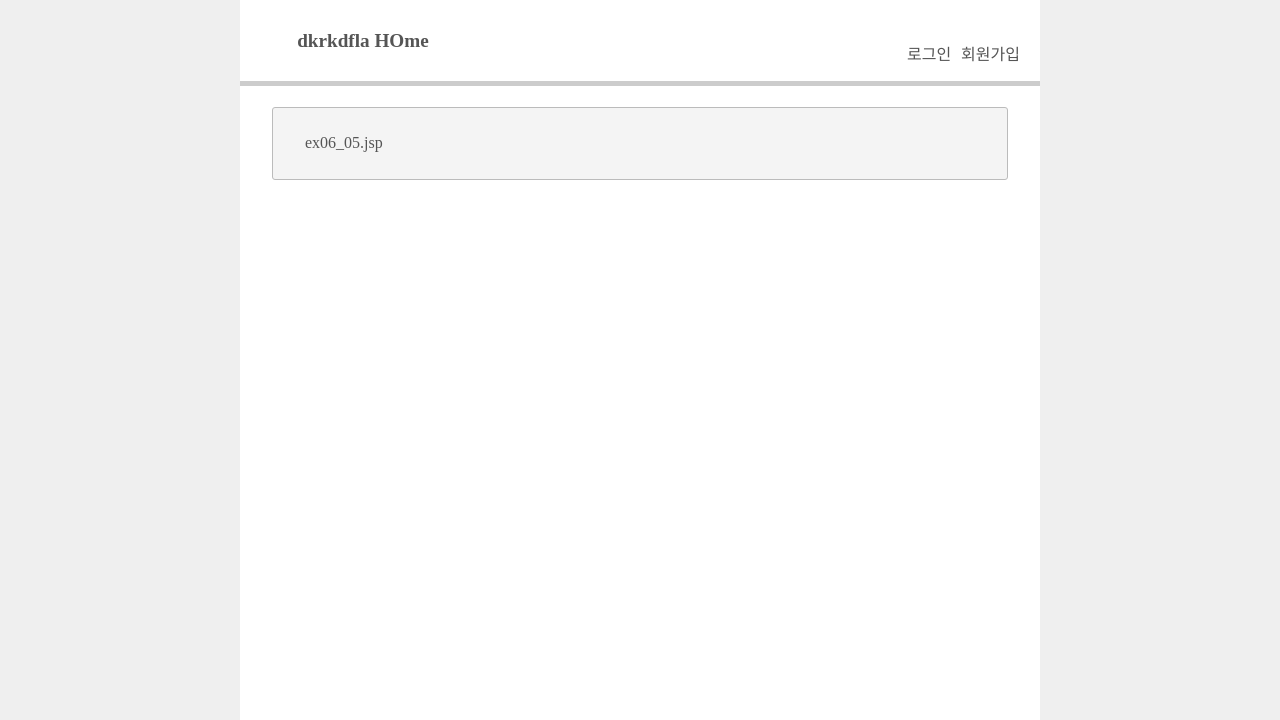
Repository: Dusajang/JSPClass
Page: http://localhost/jspPro/days06/ex06_05.jsp
The author's editor kept a copy of each file at every save. The page is drawn from the files as they stood at one save, then again after the next save.
The browser window is 1280 px wide. The pictures show the whole page.
Some web fonts or font styles are not loaded; a fallback is used. The page is served by Tomcat 9. Other server files are loaded and not shown.

Above is the page before, as saved 2024-10-22 08:16:35.

### jspPro/src/main/webapp/days06/ex06_05.jsp
<%@ page contentType="text/html; charset=UTF-8" pageEncoding="UTF-8"%>
<%@ taglib prefix="c" uri="http://java.sun.com/jsp/jstl/core" %>
<!DOCTYPE html>
<html>
<head>
<meta charset="UTF-8">
<title>Insert title here</title>
<link rel="shortcut icon" type="image/x-icon" href="http://localhost/jspPro/images/SiSt.ico">
<script src="https://ajax.googleapis.com/ajax/libs/jquery/3.7.1/jquery.min.js"></script>
<meta name="viewport" content="width=device-width, initial-scale=1.0">
<meta name="google" content="notranslate">
<link rel="stylesheet" href="http://localhost/jspPro/resources/cdn-main/example.css">
<script src="http://localhost/jspPro/resources/cdn-main/example.js"></script>
<style>
 span.material-symbols-outlined{
    vertical-align: text-bottom;
 }
</style>
</head>
<body>
<header>
  <h1 class="main"><a href="#" style="position: absolute;top:30px;">dkrkdfla HOme</a></h1>
  <ul>
    <li><a href="#">로그인</a></li>
    <li><a href="#">회원가입</a></li>
  </ul>
</header>
<div>
  <xmp class="code">
    ex06_05.jsp
  </xmp>
</div>
</body>
</html>

### jspPro/src/main/webapp/resources/cdn-main/example.css
@charset "UTF-8";

@import url('https://fonts.googleapis.com/css2?family=Material+Symbols+Outlined:opsz,wght,FILL,GRAD@20..48,100..700,0..1,-50..200');

@font-face {
    font-family: 'GmarketSansMedium';
    src: url('https://cdn.jsdelivr.net/gh/projectnoonnu/noonfonts_2001@1.1/GmarketSansMedium.woff') format('woff');
    font-weight: normal;
    font-style: normal;
}

:root {
	--text-color: #555;
	--sub-text-color: #777;
	--back-color: #EFEFEF;
	--header-color: #444;
	--primary-color: #DEDEDE;
	--secondary-color: #EFEFEF;
	--default-width: 800px;
	--narrow-width: 500px;
	--wide-width: 1200px;
	--text-font: 'GmarketSansMedium';
	--icon-font: 'Material Symbols Outlined';
	--border-color: #CCC;
}

html, body {
	margin: 0;
	padding: 0;
}

html {
	background-color: var(--back-color);
	display: flex;
	justify-content: center;
	min-height: 100vh;
}

body, body.default {
	width: var(--default-width);
	background-color: white;
	padding-bottom: 120px;
}

body.wide {
	width: var(--wide-width);
}

body.narrow {
	width: var(--narrow-width);
}



body, p, div, span, a, input, select, option, textarea, button, table, th, td, label, fieldset, legend {
	font-family: var(--text-font);
	color: var(--text-color);
}

h1, h2, h3 {
	font-family: var(--text-font);
	color: var(--header-color);
	padding: 0 1rem;
	padding-top: .5rem;
}

div > h1, div > h2, div > h3 {
	padding: 0;
}

body > div, body > main > div {
	padding: 0.3rem 1rem;
}


h1 { font-size: 2rem; border-bottom: 1px solid var(--border-color); }
h1 small { font-size: 1.2rem; color: var(--sub-text-color); }
h2 { font-size: 1.5rem; border-bottom: 1px dashed var(--border-color); }
h2 small { font-size: 1.1rem; color: --sub-text-color; }
h3 { font-size: 1.2rem; }
h3 small { font-size: 1rem; color: --sub-text-color; }



h1.main::before {
	font-family: var(--icon-font);
  	content: '\e666';
  	margin-right: 10px;
  	float: left;
	font-size: 2.5rem;
}

h1.sub::before {
	font-family: var(--icon-font);
  	content: '\ea19';
  	margin-right: 10px;
  	float: left;
	font-size: 2.5rem;
}


h1.page::before {
	font-family: var(--icon-font);
  	content: '\e0e0';
  	margin-right: 10px;
  	float: left;
	font-size: 2.5rem;
}

body > header > ul > li > .active{
	background-color: #FFF;
	color:#F00;
}

body > header {
	display: flex;
	justify-content: space-between;
	border-bottom: 5px solid var(--border-color);
	min-height: 74px;
	background-color: #FFF;
}

body > header.sticky {
	position: sticky;
	top: 0;
	z-index: 98;
}

body > header > h1 {
	font-size: 1.2rem;
	border: 0;
}

body > header.in > h1::before {
	font-family: var(--icon-font);
  	content: '\e332‥';
  	margin-right: 3px;
  	float: left;
	font-size: 2rem;
}


body > header > ul {
	list-style-type: none;
	display: flex;
	align-items: flex-end;
	margin-right: 10px;
}

body > header > ul > li {
	margin-right: 10px;
	cursor: pointer;
}

body > header > ul > li > a {
	cursor: pointer;
}


form {
	display: block;
}

form > div {
	padding: 0.3rem 1rem;
}

div > form > div {
	padding: 0.3rem 0;
}

input, textarea, button, select {
	border: 1px solid #BBB;
	border-radius: 3px;
	outline: none;
	resize: none;
	padding: 7px;
	margin: 0;
}

input[type=text]:read-only, textarea:read-only {
	cursor: not-allowed;
	background-color: #FFF;
}

input[type=text]:disabled, textarea:disabled {
	cursor: not-allowed;
	background-color: #EEE;
}

input[type=text], input[type=password], textarea, button, select {
	/* width: 300px; */
}

textarea {
	display: block;
	height: 100px;
}

input[type=button], input[type=submit], button {
	/* width: inherit; */
}

input.short, textarea.short, button.short, select.short {
	width: 100px;
}

input.long, textarea.long, button.long, select.long {
	width: 350px;
}

.narrow input.long, .narrow textarea.long, .narrow button.long, .narrow select.long {
	width: calc(100% - 20px);
}

input.full, textarea.full, button.full, select.full {
	width: calc(100% - 20px);
}

textarea.short {
	height: 50px;
}

textarea.long {
	height: 100px;
}

textarea.full {
	height: 200px;
}

input, textarea {
	padding-top: 8px;
}

input[type=button], input[type=submit], button {
	padding: 5px 10px;
	background-color: var(--secondary-color);
	cursor: pointer;
	min-height: 36px;
}

input[type=button].primary, input[type=submit].primary, button.primary {
	/* background-color: rgba(100, 149, 237, .2); */
	background-color: var(--primary-color);
}

input[type=button].primary:hover, input[type=submit].primary:hover, button.primary:hover {
	/* background-color: rgba(100, 149, 237, .3); */
	background-color: var(--secondary-color);
}

input[type=button]:hover, input[type=submit]:hover, button:hover {
	background-color: var(--primary-color);
}

button {
	position: relative;
	left: 0;
	top: 0;
	padding-left: 35px;
}

button .material-symbols-outlined {
	position: absolute;
	left: 10px;
	top: 4px;
}

/* k2nik add */
button.login::before {
	font-family: var(--icon-font);
  	content: '\ea77';
	position: absolute;
	left: 11px;
	top: 4px;
	font-size: 1.25rem;
}

/* k2nik logout */
button.logout::before {
	font-family: var(--icon-font);
  	content: '\e9ba';
	position: absolute;
	left: 11px;
	top: 4px;
	font-size: 1.25rem;
}

/* k2nik help */
button.help::before {
	font-family: var(--icon-font);
  	content: '\f1c0';
	position: absolute;
	left: 11px;
	top: 4px;
	font-size: 1.25rem;
}

button.add::before{
	font-family: var(--icon-font);
  	content: '\e746';
	position: absolute;
	left: 11px;
	top: 4px;
	font-size: 1.25rem;
}

button.back::before {
	font-family: var(--icon-font);
  	content: '\e166';
	position: absolute;
	left: 11px;
	top: 4px;
	font-size: 1.25rem;
}

button.list::before {
	font-family: var(--icon-font);
  	content: '\e0ee';
	position: absolute;
	left: 11px;
	top: 4px;
	font-size: 1.25rem;
}


button.del::before {
	font-family: var(--icon-font);
  	content: '\e872';
	position: absolute;
	left: 11px;
	top: 4px;
	font-size: 1.25rem;
}


button.edit::before {
	font-family: var(--icon-font);
  	content: '\e745';
	position: absolute;
	left: 11px;
	top: 4px;
	font-size: 1.25rem;
}


button.login::before {
	font-family: var(--icon-font);
  	content: '\ea77';
	position: absolute;
	left: 11px;
	top: 4px;
	font-size: 1.25rem;
}


button.logout::before {
	font-family: var(--icon-font);
  	content: '\e9ba';
	position: absolute;
	left: 11px;
	top: 4px;
	font-size: 1.25rem;
}


button.in::before {
	font-family: var(--icon-font);
  	content: '\f71a';
	position: absolute;
	left: 11px;
	top: 4px;
	font-size: 1.25rem;
}


button.out::before {
	font-family: var(--icon-font);
  	content: '\f70e';
	position: absolute;
	left: 11px;
	top: 4px;
	font-size: 1.25rem;
}


button.reply::before {
	font-family: var(--icon-font);
  	content: '\e15e';
	position: absolute;
	left: 11px;
	top: 4px;
	font-size: 1.25rem;
}


button.comment::before {
	font-family: var(--icon-font);
  	content: '\e0b9';
	position: absolute;
	left: 11px;
	top: 4px;
	font-size: 1.25rem;
}


button.modal::before {
	font-family: var(--icon-font);
  	content: '\e89e';
	position: absolute;
	left: 11px;
	top: 4px;
	font-size: 1.25rem;
}


button.ok::before {
	font-family: var(--icon-font);
  	content: '\e86c';
	position: absolute;
	left: 11px;
	top: 4px;
	font-size: 1.25rem;
}


button.cancel::before {
	font-family: var(--icon-font);
  	content: '\e5c9';
	position: absolute;
	left: 11px;
	top: 4px;
	font-size: 1.25rem;
}

button.search::before {
	font-family: var(--icon-font);
  	content: '\e8b6';
	position: absolute;
	left: 11px;
	top: 4px;
	font-size: 1.25rem;
}

button.home::before {
	font-family: var(--icon-font);
  	content: '\e88a';
	position: absolute;
	left: 11px;
	top: 4px;
	font-size: 1.25rem;
}


button.sidebar::before {
	font-family: var(--icon-font);
  	content: '\f7e4';
	position: absolute;
	left: 11px;
	top: 4px;
	font-size: 1.25rem;
}


button.sidebar-right::before {
	font-family: var(--icon-font);
  	content: '\f7e5';
	position: absolute;
	left: 11px;
	top: 4px;
	font-size: 1.25rem;
}




button::before {
	font-family: var(--icon-font);
  	content: '\e323';
	position: absolute;
	left: 11px;
	top: 4px;
	font-size: 1.25rem;
}


table {
	border-collapse: collapse;
	margin: 1rem;
	box-sizing: border-box;
	width: calc(100% - 32px);
}

table.content {
	width: auto;
}

div > table {
	margin: 0;
}

table th, table td {
	border: 1px solid var(--border-color);
	padding: 7px;
	font-weight: normal;
}

table th {
	background-color: var(--back-color);
}

table.vertical th {
	width: 150px;
}

table.vertical td {
	width: calc(100% - 182px);
	padding-left: 10px;
}

table.content td, table.content th {
	width: auto;
}

body.narrow table.vertical th {
	width: 100px;
}

body.narrow table.vertical td {
	width: calc(100% - 182px);
}


table + table {
	margin-top: 30px;
}


p {
	padding: 0 1rem;
}

a {
	text-decoration: none;
}

a:hover {
	color: rgba(255, 99, 71, .7);
}

hr {
	border: 0;
	border-top: 1px solid var(--border-color);
	margin: 2rem 0;
}

.message {
	border: 1px solid var(--border-color);
	background-color: #EFEFEF;
	margin: 1rem;
	width: auto;
	padding-top: 10px;
	padding-bottom: 10px;
	font-size: 14px;
}

.message[title]::before {
	content: attr(title);
	display: block;
	border-bottom: 1px solid var(--border-color);
	padding-bottom: 5px;
	margin-bottom: 10px;
	margin-top: 7px;
}

.message.short {
	max-width: 250px;
}

.message.long {
	max-width: 500px;
}

.badge {
	float: right;
	font-size: .8rem;
	margin-top: 2px;
	margin-right: 2px;
	text-shadow: 0 0 7px gray;
}

.badge.left {
	float: none;
	margin-left: 2px;
}

.badge.right {
	float: right;
}

.badge.red {
	border-radius: 50%;
	padding: 2px 5px;
	background-color: rgb(255, 99, 71, .3);
}

.badge.yellow {

	border-radius: 50%;
	padding: 2px 5px;
	background-color: rgb(255, 215, 0, .5);
}

.badge.blue {
	border-radius: 50%;
	padding: 2px 5px;
	background-color: rgb(100, 149, 237, .3);
}

label + label {
	margin-left: 7px;
}

label input[type=checkbox], label input[type=radio] {
	transform: translate(0, 1px);
}

.group {
	display: flex;
}

.modal-content .group {
	margin-bottom: .5rem;
}

.group label {
	border: 1px solid #BBB;
	border-radius: 3px;
	outline: none;
	resize: none;
	padding: 7px 14px;
	margin: 0;
	border-top-right-radius: 0;
	border-bottom-right-radius: 0;
	background-color: #EFEFEF;
	white-space: nowrap;
	font-size: 14px;
}

.group input[type=text] {
	margin-left: -1px;
	border-top-left-radius: 0;
	border-bottom-left-radius: 0;
}

.group select {
	margin-left: -1px;
	border-top-left-radius: 0;
	border-bottom-left-radius: 0;
}

.group input.full[type=text] {
	margin-left: -1px;
	border-top-left-radius: 0;
	border-bottom-left-radius: 0;
	width: 100%;
}

.group input[type=button]:first-child, .group button:first-child {
	border-top-left-radius: 3px;
	border-bottom-left-radius: 3px;
	margin-left: 0px;
}

.group input[type=button], .group button {
	border-radius: 0;
	margin-left: -1px;
}

.group input[type=button]:last-child, .group button:last-child {
	margin-left: -1px;
	border-top-right-radius: 3px;
	border-bottom-right-radius: 3px;
}

.seperate {
	display: flex;
	justify-content: space-between;
}

div.list {
	width: max-content;
	margin: 1rem;
	border: 1px solid #BBB;
	border-radius: 3px;
	padding: 0;
}

div.list.full {
	width: auto;
	display: block;
	margin: 1rem;
	border: 1px solid #BBB;
	border-radius: 3px;
	padding: 0;
}

div.list > div {
	padding: .5rem 1rem;
	margin: 0;
	border-bottom: 1px solid #BBB;
}

div.list > div:last-child {
	border-bottom: 0;
}

pre.code , xmp.code{
	font-family: consols;
	background-color: rgba(150, 150, 150, .1);
	border: 1px solid #BBB;
	border-radius: 3px;
	padding: .5rem 1rem;
	padding-bottom: .6rem;
	margin: 1rem;
}




*[data-modal-window] {
	position: fixed;
	background-color: rgba(0, 0, 0, .3);
	left: 0;
	top: 0;
	display: none;
	justify-content: center;
	align-items: flex-start;
	width: 100%;
	min-height: 100vh;
	z-index: 100;
	opacity: 0;
	transition: 500ms all;
}

*[data-modal-window] .modal-container {
	border-radius: 5px;
	padding: 1rem;
	padding-bottom: .5rem;
	margin-top: -500px;
	opacity: 0;
	width: 500px;
	background-color: #FFF;
	margin-right: 2rem;
	transition: 500ms all;
}

*[data-modal-size=content] .modal-container {
	width: auto;
}

*[data-modal-size=narrow] .modal-container {
	width: 300px;
}

*[data-modal-size=wide] .modal-container {
	width: 760px;
}


*[data-modal-window] .modal-header {
	border-bottom: 1px solid var(--border-color);
	padding: 2px 5px;
}

*[data-modal-window] .modal-content {
	padding: 1rem 5px;
}

*[data-modal-window] .modal-content div:last-child {
	margin-top: 1rem;
	text-align: right;
}



*[data-sidebar-window] {
	position: fixed;
	background-color: #FFF;
	left: 0;
	top: 0;
	display: block;
	width: 300px;
	border-right: 1px solid var(--border-color);
	box-sizing: border-box;
	box-shadow: 0 0 3px var(--back-color);
	min-height: 100vh;
	z-index: 99;
	transform: translate(-300px, 0);
	transition-duration: 500ms;
	transition-property: transform;
}

*[data-sidebar-direction=right] {
	left: auto;
	right: 0;
	transform: translate(300px, 0);
	border-left: 1px solid var(--border-color);
}

*[data-sidebar-size=wide] {
	width: 500px;
	transform: translate(-500px, 0);
}

*[data-sidebar-window] .sidebar-title {
	border-bottom: 1px solid var(--border-color);
	margin-top: 20px;
	margin-bottom: 20px;
	padding-bottom: 5px;
	display: flex;
	justify-content: space-between;
}

*[data-sidebar-window] .sidebar-title span:last-child {
	cursor: pointer;
}


/* K2Nik pagination */
.center {
  text-align: center;
}

.pagination {
  display: inline-block;
}

.pagination a {
  color: black;
  float: left;
  padding: 3px 6px;
  text-decoration: none;
  transition: background-color .3s;
  border: 1px solid #ddd;
  margin: 0 3px;
}

.pagination a.active {
  background-color: #4CAF50;
  color: white;
  border: 1px solid #4CAF50;
}

.pagination a:hover:not(.active) {background-color: #ddd;}

### jspPro/src/main/webapp/resources/cdn-main/example.js

window.onload = () => {

    const list = document.querySelectorAll('input, textarea');

    list.forEach(item => {
        item.setAttribute('autocomplete', 'off');
    });


    const modal_btn_list = document.querySelectorAll('*[data-modal-button]');

    modal_btn_list.forEach(item => {
        item.onclick = function() {

            const name = this.dataset['modalButton'];
            const modal_window = document.querySelector('*[data-modal-window=' + name);

            const container = document.createElement('div');
            container.className = 'modal-container';



            const modal_header = document.createElement('div');
            modal_header.textContent = modal_window.dataset['modalTitle'];
            modal_header.className = 'modal-header';
            container.appendChild(modal_header);

            const modal_content = document.createElement('div');
            modal_content.className = 'modal-content';
            container.appendChild(modal_content);

            Array.from(modal_window.childNodes).forEach(item => {
                modal_content.appendChild(item);
            });

            modal_window.appendChild(container);

            modal_window.style.display = 'flex';

            setTimeout(() => {
                modal_window.style.opacity = 1;
                container.style.marginTop = '20px';
                container.style.opacity = 1;
            }, 50);


            const modal_ok = document.querySelector('*[data-modal-ok=' + name);
            modal_ok.addEventListener('click', function() {
                modal_window.style.opacity = 0;
                container.style.marginTop = '-500px';
                container.style.opacity = 0;

                setTimeout(() => {
                    modal_window.innerHTML = modal_content.innerHTML;
                    modal_window.style.display = 'none';
                }, 500);

            });

            const modal_cancel = document.querySelector('*[data-modal-cancel=' + name);
            modal_cancel.addEventListener('click', function() {

                modal_window.style.opacity = 0;
                container.style.marginTop = '-500px';
                container.style.opacity = 0;

                setTimeout(() => {
                    modal_window.innerHTML = modal_content.innerHTML;
                    modal_window.style.display = 'none';
                }, 500);
            });


        };
    });


    const sidebar_btn_list = document.querySelectorAll('*[data-sidebar-button]');

    sidebar_btn_list.forEach(item => {
        item.onclick = function() {



            const name = this.dataset['sidebarButton'];
            const sidebar_window = document.querySelector('*[data-sidebar-window=' + name);

            if (sidebar_window.style.transform == 'translate(0px, 0px)') return;



            sidebar_window.style.transform = 'translate(0, 0)';

            const sidebar_title = document.createElement('div');
            sidebar_title.className = 'sidebar-title';
            sidebar_title.innerHTML = '<span>' + sidebar_window.dataset['sidebarTitle'] + '</span><span class="material-symbols-outlined">close</span>';

            sidebar_title.children[1].onclick = function() {

                let sign = 1;
                let distance = 300;

                if (sidebar_window.dataset['sidebarDirection'] != 'right') {
                    sign = -1;
                } else {
                    sign = 1;
                }

                if (sidebar_window.dataset['sidebarSize'] != 'wide') {
                    distance = 300;
                } else {
                    distance = 500;
                }

                distance *= sign;

                sidebar_window.style.transform = 'translate(' + distance + 'px, 0)';

                setTimeout(function() {
                    sidebar_window.removeChild(sidebar_window.children[0]);
                }, 500);
            };


            sidebar_window.prepend(sidebar_title);

        }
    });

};

// window.onkeydown = function(event) {

//     if (event.keyCode == 27) {
//         if (document.querySelector('[data-modal-window').style.display == 'flex') {
//             document.querySelector('[data-modal-window').style.display = 'none';
//         }
//     }

// };

### jspPro/src/main/java/days06/MemberInfo.java
package days06;

import java.io.Serializable;
import java.util.Date;

import lombok.Getter;
import lombok.Setter;

// 자바빈
@Getter
@Setter
public class MemberInfo implements Serializable{


	private static final long serialVersionUID = 9123949164526925578L;

	private String id;
	private String name;
	private String passwd;
	private String email;
	private Date registerDate;

}

After the next save:
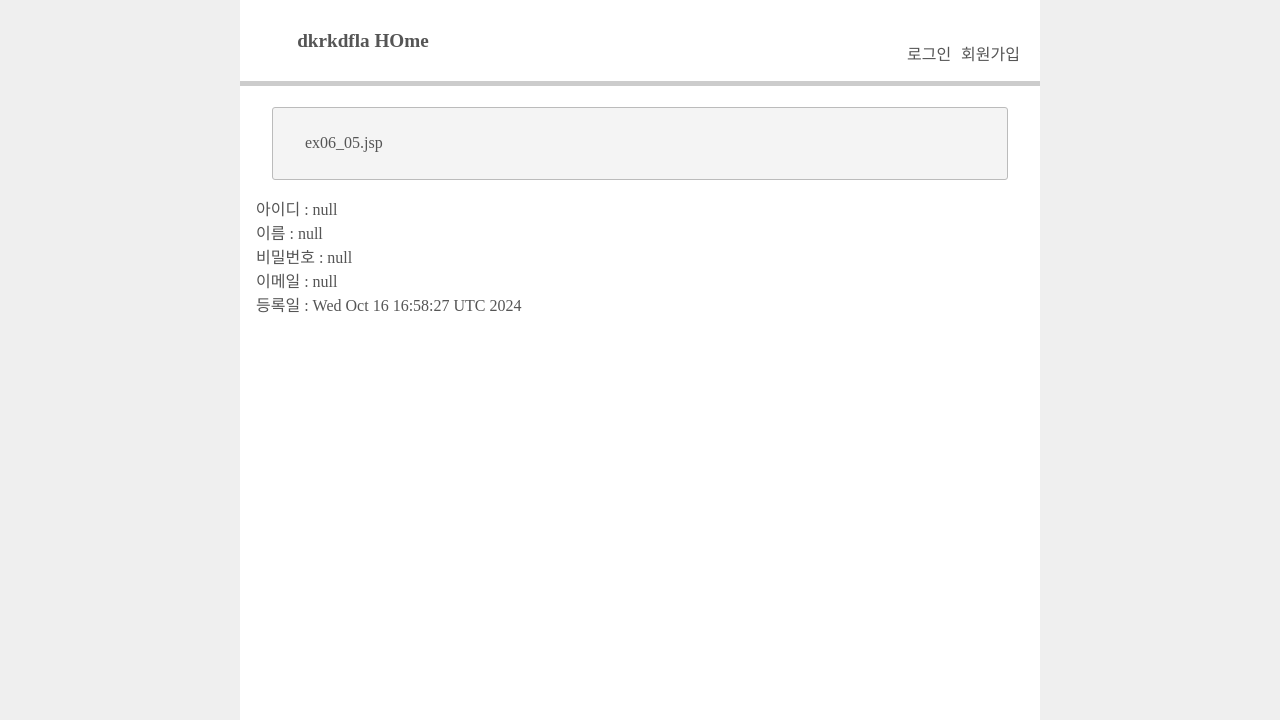
Saved 3 min 31 s later.
--- a/jspPro/src/main/webapp/days06/ex06_05.jsp
+++ b/jspPro/src/main/webapp/days06/ex06_05.jsp
@@ -1,3 +1,4 @@
+<%@page import="java.util.Date"%>
 <%@ page contentType="text/html; charset=UTF-8" pageEncoding="UTF-8"%>
 <%@ taglib prefix="c" uri="http://java.sun.com/jsp/jstl/core" %>
 <!DOCTYPE html>
@@ -29,6 +30,16 @@
   <xmp class="code">
     ex06_05.jsp
   </xmp>
+
+  <jsp:useBean id="mi" class="days06.MemberInfo"></jsp:useBean>
+  <jsp:setProperty property="*" name="mi"/>
+  <jsp:setProperty property="registerDate" name="mi" value="<%= new Date() %>"/>
+
+  아이디 : <jsp:getProperty property="id" name="mi"/> <br>
+  이름 : <jsp:getProperty property="name" name="mi"/><br>
+  비밀번호 : <%= mi.getPasswd() %><br>
+  이메일 : <%= mi.getEmail() %><br>
+  등록일 : <%= mi.getRegisterDate() %>
 </div>
 </body>
 </html>
